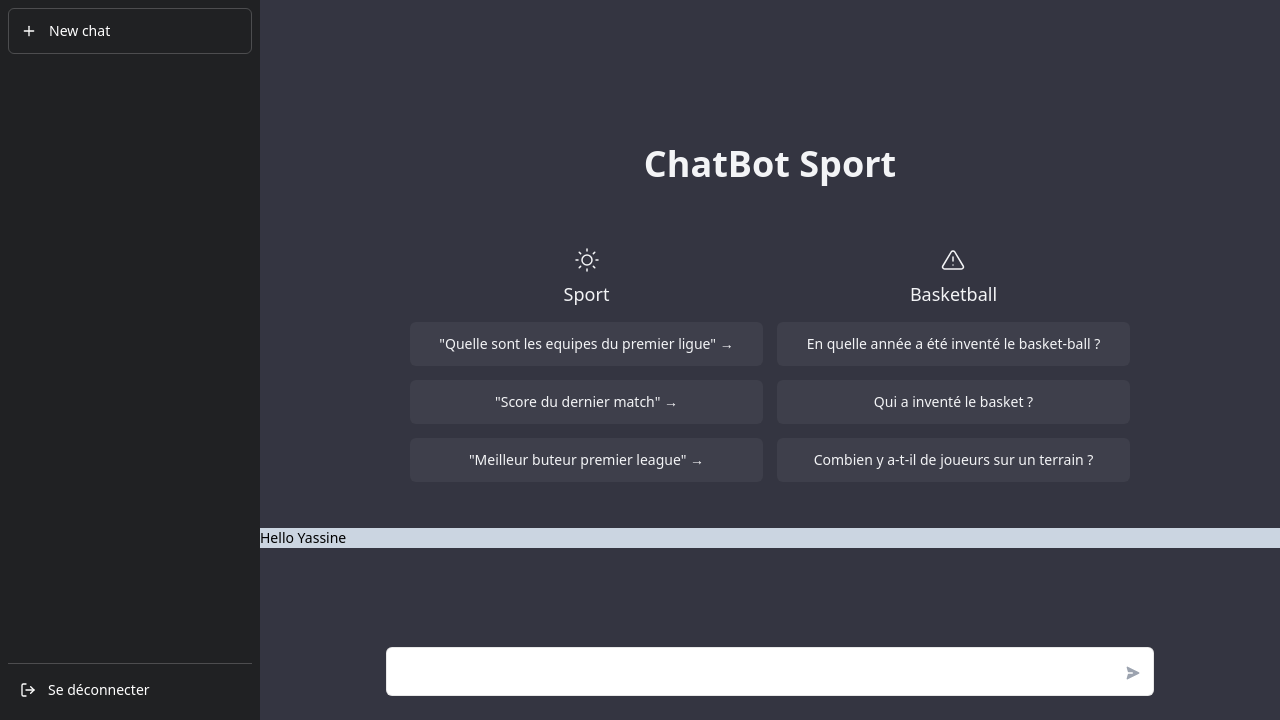
Repository: HaithemBenSlama/chatbot-front
Page: /, after clicking the first element matching `button.sc-gsFSXq`
An editor plug-in stored every save of this project. The page is shown before and after the next save, followed by the edit.
The browser window is 1280 px wide. The pictures show the whole page.
The project was rebuilt for these pictures with package versions that can differ from the ones it lists, and the page was loaded fresh each time. Also part of the build but not shown: src/constants/svg/lightningChargeIcon.js, src/constants/svg/externalLinkIcon.js, src/constants/svg/discordIcon.js, src/constants/svg/menuIcon.js, src/Components/Login/form-input.css.

Above is the page before, as saved 2023-05-01 22:03:19.

### src/App.js
import React from 'react'
import { LeftSection, RightSection } from './Components/main'
import { useState } from "react"
import Login from './Components/Login/Login';

const App = () => {
  const [isLoggedIn, setIsLoggedIn] = useState(false);
  return (
    <div>
      {isLoggedIn ? (
        <>
        <LeftSection setIsLoggedIn={setIsLoggedIn}/>
        <RightSection/>
        </>
      ) : (
        <Login setIsLoggedIn={setIsLoggedIn}/>
      )}
    </div>
  )
      }
export default App

### src/Components/main/index.js
import LeftSection from "./LeftSection";
import RightSection from "./RightSection";
import Footer from "./Footer";

export {RightSection, LeftSection, Footer}

### src/Components/Login/Login.jsx
import React from "react";
import "./login.css";
import * as Components from './Components';
import   { useState } from 'react';
import { useCookies } from "react-cookie";
import FormInput from "./FormInput";

const Login = ({setIsLoggedIn}) => {
    const [token,setToken]=useCookies(["user-token"]);
    const [signIn, toggle] = React.useState(true);
    const [data, setData] = useState();

    const [values, setValues] = useState({
        username: "",
        password: "",
    });
    const onChange = (e) => {
            setValues({ ...values, [e.target.name]: e.target.value });
    };

    const [valuesCreate, setValuesCreate] = useState({
        username: "",
        city: "",
        email: "",
        password: "",
    });
    const onChangeCreate = (e) => {
        setValuesCreate({ ...valuesCreate, [e.target.name]: e.target.value });
    };
    const handleSubmit = (e) => {
        e.preventDefault();
    };

    const inputs = [
        {
        id: 1,
        name: "username",
        type: "text",
        placeholder: "Username",
        errorMessage:
            "Username should be 3-16 characters and shouldn't include any special character!",
        label: "Username",
        pattern: "^[A-Za-z0-9]{3,16}$",
        required: true,
        },
        {
        id: 2,
        name: "password",
        type: "password",
        placeholder: "Password",
        errorMessage:
            "Password should be 8-20 characters and include at least 1 letter and 1 number!",
        label: "Password",
        pattern: `^(?=.*[0-9])(?=.*[a-zA-Z])[a-zA-Z0-9!@#$%^&*]{8,20}$`,
        required: true,
        },
    ];

    const inputsCreate = [
        {
        id: 1,
        name: "username",
        type: "text",
        placeholder: "Username",
        errorMessage:
            "Username should be 3-16 characters and shouldn't include any special character!",
        label: "Username",
        pattern: "^[A-Za-z0-9]{3,16}$",
        required: true,
        },
        {
            id: 2,
            name: "city",
            type: "text",
            placeholder: "City",
            errorMessage:
                "City name should be 3-16 characters and shouldn't include any special character!",
            label: "City",
            pattern: "^[A-Za-z]{3,16}$",
            required: true,
            },
        {
        id: 3,
        name: "email",
        type: "email",
        placeholder: "Email",
        errorMessage: "It should be a valid email address!",
        label: "Email",
        required: true,
        },
        {
        id: 4,
        name: "password",
        type: "password",
        placeholder: "Password",
        errorMessage:
            "Password should be 8-20 characters and include at least 1 letter and 1 number!",
        label: "Password",
        pattern: `^(?=.*[0-9])(?=.*[a-zA-Z])[a-zA-Z0-9!@#$%^&*]{8,20}$`,
        required: true,
        },
    ];

    const submitLog = async (e) => {
        e.preventDefault()
        const user = {
            username: values.username,
            password: values.password
        };
        const response=await fetch('http://127.0.0.1:8000/user/verif_user_login/', {
            method: 'POST',
            headers: {
                'accept': '*/*',
                'Content-Type':'multipart/form-data; boundary=--------------------------499310528544182401120976',
            },
            body:JSON.stringify(user)
        })
        const responseJson=await response.json();
        setToken("user-token",responseJson.usertoken);
    };

    const submitCreate = async (e) => {

        e.preventDefault()
        const user = {
            username: valuesCreate.username,
            city: valuesCreate.city,
            email: valuesCreate.email,
            password: valuesCreate.password
        };
        const response=await fetch('http://127.0.0.1:8000/user/verif_user/', {
            method: 'POST',
            headers: {
                'accept': '*/*',
                'Content-Type':'multipart/form-data; boundary=--------------------------499310528544182401120976',
            },
            body:JSON.stringify(user)
        })
        const responseJson=await response.json();
        setToken("user-token",responseJson.usertoken);
    };


        return(
            <div className="comp_body"><h1 className="logTitle">ChatBot</h1>
                <Components.Container>
                    <Components.SignUpContainer signinIn={signIn}>
                        <Components.Form  onSubmit={handleSubmit} >
                            <Components.Title>Create Account</Components.Title>
                            {inputsCreate.map((input) => (
                                <FormInput
                                    key={input.id}
                                    {...input}
                                    value={valuesCreate[input.name]}
                                    onChange={onChangeCreate}
                                />
                                ))}
                            <Components.Button onClick={submitCreate}>Sign Up</Components.Button>
                        </Components.Form>
                    </Components.SignUpContainer>

                    <Components.SignInContainer signinIn={signIn}>
                        <Components.Form >
                            <Components.Title>Log in</Components.Title>
                            {inputs.map((input) => (
                                <FormInput
                                    key={input.id}
                                    {...input}
                                    value={values[input.name]}
                                    onChange={onChange}
                                />
                                ))}
                            <Components.Anchor href='#'>Forgot your password?</Components.Anchor>
                            <Components.Button onClick={()=>{setIsLoggedIn(true)}} >Sign In</Components.Button>
                        </Components.Form>
                    </Components.SignInContainer>

                    <Components.OverlayContainer signinIn={signIn}>
                    <Components.Overlay signinIn={signIn}>

                    <Components.LeftOverlayPanel signinIn={signIn}>
                        <Components.Title>Welcome Back!</Components.Title>
                        <Components.Paragraph>
                            To keep connected with us please login with your personal info
                        </Components.Paragraph>
                        <Components.GhostButton onClick={() => toggle(true)}>
                            Sign In
                        </Components.GhostButton>
                        </Components.LeftOverlayPanel>

                        <Components.RightOverlayPanel signinIn={signIn}>
                            <Components.Title>Hello, Friend!</Components.Title>
                            <Components.Paragraph>
                                Enter Your personal details and start journey with us
                            </Components.Paragraph>
                                <Components.GhostButton onClick={() => toggle(false)}>
                                    Sigin Up
                                </Components.GhostButton>
                        </Components.RightOverlayPanel>

                    </Components.Overlay>
                </Components.OverlayContainer>

            </Components.Container>
        </div>
        )
}

export default Login;

### src/Components/main/LeftSection/index.js
import React from "react";
import { LogOutIcon,PlusIcon,} from "../../../constants";

const LeftSection = ({ show = false }) => {
  return (
    <div
      className={`${show && " flex flex-col"} ${
        !show && "hidden"
      } bg-black md:fixed md:inset-y-0 md:flex md:w-[260px] md:flex-col`}
    >
      <div className="flex h-full min-h-0 flex-col ">
        <div className="scrollbar-trigger flex h-full w-full flex-1 items-start border-white/20">
          <nav className="flex h-full flex-1 flex-col space-y-1 p-2">
            <a className="flex py-3 px-3 items-center gap-3 rounded-md hover:bg-gray-500/10 transition-colors duration-200 text-white cursor-pointer text-sm mb-2 flex-shrink-0 border border-white/20">
              <PlusIcon />
              New chat
            </a>
            <div className="flex-col flex-1 overflow-y-auto border-b border-white/20">
              <div className="flex flex-col gap-2 text-gray-100 text-sm">
                {/*  */}
              </div>
            </div>
              <a
                className="flex py-3 px-3 items-center gap-3 rounded-md hover:bg-gray-500/10 transition-colors duration-200 text-white cursor-pointer text-sm"
                href="/Login"
              >
                <LogOutIcon/>
                Se déconnecter
              </a>
          </nav>
        </div>
      </div>
    </div>
  );
};

export default LeftSection;

### src/Components/main/RightSection/index.js
import { CautionIcon, LightningChargeIcon, SunIcon } from "../../../constants";
import Footer from "../Footer";

const RightSection = () => {
  return (
    <div className="flex h-full flex-1 flex-col md:pl-[260px]">
      <main className="relative h-full w-full transition-width flex flex-col overflow-hidden items-stretch flex-1">
        <div className="flex-1 overflow-hidden">
          <div className="flex flex-col items-center text-sm h-full md:h-screen bg-lightBlack">
            <div className="text-gray-800 w-full md:max-w-2xl lg:max-w-3xl md:h-full md:flex md:flex-col px-6">
              <h1 className="text-4xl text-gray-100 font-semibold text-center mt-6 sm:mt-[20vh] ml-auto mr-auto mb-10 sm:mb-16">
                ChatBot Sport
              </h1>
              <div className="md:flex items-start text-center gap-3.5">
                {[
                  {
                    icon: <SunIcon />,
                    title: "Sport",
                    subTitle: [
                      `"Quelle sont les equipes du premier ligue" →`,
                      `"Score du dernier match" →`,
                      `"Meilleur buteur premier league" →`,
                    ],
                    hover: true,
                  },
                  {
                    icon: <CautionIcon />,
                    title: "Basketball",
                    subTitle: [
                      `En quelle année a été inventé le basket-ball ?`,
                      `Qui a inventé le basket ?`,
                      `Combien y a-t-il de joueurs sur un terrain ?`,
                    ],
                    hover: false,
                  },
                ].map((item, index) => (
                  <div
                    className="flex flex-col mb-8 md:mb-auto gap-3.5 flex-1"
                    key={index}
                  >
                    <h2 className="flex gap-3 text-gray-100 items-center m-auto text-lg font-normal md:flex-col md:gap-2">
                      {item.icon}
                      {item.title}
                    </h2>
                    <ul className="flex flex-col gap-3.5 w-full sm:max-w-md m-auto">
                      {item.subTitle.map((subTitle, subTitleIndex) => (
                        <button
                          className={`w-full bg-gray-50 text-gray-100 bg-white/5 p-3 rounded-md ${
                            item.hover
                              ? "hover:bg-gray-200 dark:hover:bg-gray-900 cursor-pointer"
                              : "cursor-text"
                          }`}
                          key={subTitleIndex}
                        >
                          {subTitle}
                        </button>
                      ))}
                    </ul>
                  </div>
                ))}
              </div>
            </div>
            <div className="mx-20 w-full h-48 flex-shrink-0">
              <p className="bg-slate-300">Hello Yassine</p>
            </div>
          </div>
        </div>
        <Footer />
      </main>
    </div>
  );
};

export default RightSection;

### src/Components/main/Footer/index.js
import React from "react";
import { PlaneIcon, UserIcon } from "../../../constants";

const Footer = () => {
  return (
    <div className="absolute bottom-0 left-0 w-full border-t md:border-t-0 dark:border-white/20 md:border-transparent md:dark:border-transparent md:bg-vert-light-gradient bg-gray-800 md:!bg-transparent">
      <form className="mx-2 flex flex-row gap-3 pt-2 last:mb-2 md:last:mb-6 lg:mx-auto lg:max-w-3xl lg:pt-6">
        <div className="relative flex h-full flex-1 md:flex-col">
          <div className="ml-1 mt-1.5 md:w-full md:m-auto md:flex md:mb-2 gap-2 justify-center">
            <div className="text-gray-100 p-1 md:hidden">
              <UserIcon />
            </div>
          </div>
          {/* Input */}
          <div className="flex flex-col w-full py-2 pl-3 flex-grow md:py-3 md:pl-4 relative border border-black/10 bg-white dark:border-gray-900/50 dark:text-white rounded-md bg-[rgba(64,65,79,var(--tw-bg-opacity))]">
            <textarea
              tabIndex="0"
              data-id="root"
              rows="1"
              className="m-0 w-full resize-none border-0 bg-transparent p-0 pr-7 focus:ring-0 focus-visible:ring-0 dark:bg-transparent outline-none overflow-y-hidden h-[23px]"
            ></textarea>
            <button className="absolute p-1 rounded-md text-gray-400 bottom-1.5 right-1 md:bottom-2.5 md:right-2 hover:bg-black">
              <PlaneIcon />
            </button>
          </div>
        </div>
      </form>
    </div>
  );
};

export default Footer;

### src/Components/Login/login.css
* {
    box-sizing: border-box;
}

.comp_body {
    background: #f6f5f7;
    display: flex;
    justify-content: center;
    align-items: center;
    flex-direction: column;
    font-family: "Montserrat", sans-serif;
    height: 100vh;
    margin: -20px 0 50px;
}
.logTitle {
    font-size: 3rem;
    font-weight: 600;
    text-align: center;
    margin-bottom: 2rem;
    color: #038c7a;
    text-shadow: 2px 2px 0px #f2f2f2, -2px -2px 0px #f2f2f2, 2px -2px 0px #f2f2f2, -2px 2px 0px #f2f2f2;
    text-transform: uppercase;
    letter-spacing: 3px;
    line-height: 1;
    position: relative;
}
.logTitle:before{
    content: "";
    width: 100%;
    height: 1px;
    position: absolute;
    bottom: -0.5rem;
    left: 0;
    background-color: #5c5c5c;
}

### src/Components/Login/Components.js
import styled from 'styled-components';

export const Container = styled.div`
background-color: #fff;
border-radius: 10px;
box-shadow: 0 14px 28px rgba(0, 0, 0, 0.25), 0 10px 10px rgba(0, 0, 0, 0.22);
position: relative;
overflow: hidden;
width: 678px;
max-width: 100%;
min-height: 450px;
`;

export const SignUpContainer = styled.div`
position: absolute;
top: 0;
height: 100%;
transition: all 0.6s ease-in-out;
left: 0;
width: 50%;
opacity: 0;
z-index: 1;
${props => props.signinIn !== true ? `
    transform: translateX(100%);
    opacity: 1;
    z-index: 5;
`
: null}
`;


export const SignInContainer = styled.div`
position: absolute;
top: 0;
height: 100%;
transition: all 0.6s ease-in-out;
left: 0;
width: 50%;
z-index: 2;
${props => (props.signinIn !== true ? `transform: translateX(100%);` : null)}
`;

export const Form = styled.div`
background-color: #ffffff;
display: flex;
align-items: center;
justify-content: center;
flex-direction: column;
padding: 0 50px;
height: 100%;
text-align: center;
`;

export const Title = styled.h1`
font-weight: bold;
margin-bottom: 15px;
`;

export const Input = styled.input`
background-color: #eee;
border: none;
padding: 12px 15px;
margin: 8px 0;
width: 100%;
`;


export const Button = styled.button`
    border-radius: 20px;
    border: 1px solid #1775d2;
    background-color: #1775d2;
    color: #ffffff;
    font-size: 12px;
    font-weight: bold;
    padding: 12px 45px;
    letter-spacing: 1px;
    text-transform: uppercase;
    transition: transform 80ms ease-in;
    &:active{
        transform: scale(0.95);
    }
    &:focus {
        outline: none;
    }
`;
export const GhostButton = styled(Button)`
background-color: transparent;
border-color: #ffffff;
`;

export const Anchor = styled.a`
color: #333;
font-size: 14px;
text-decoration: none;
margin: 15px 0;
`;
export const OverlayContainer = styled.div`
position: absolute;
top: 0;
left: 50%;
width: 50%;
height: 100%;
overflow: hidden;
transition: transform 0.6s ease-in-out;
z-index: 100;
${props =>
props.signinIn !== true ? `transform: translateX(-100%);` : null}
`;

export const Overlay = styled.div`
background: #1775d2;
background: -webkit-linear-gradient(to right, #1775d2, #25b579);
background: linear-gradient(to right, #1775d2,#1775d2);
background-repeat: no-repeat;
background-size: cover;
background-position: 0 0;
color: #ffffff;
position: relative;
left: -100%;
height: 100%;
width: 200%;
transform: translateX(0);
transition: transform 0.6s ease-in-out;
${props => (props.signinIn !== true ? `transform: translateX(50%);` : null)}
`;

export const OverlayPanel = styled.div`
    position: absolute;
    display: flex;
    align-items: center;
    justify-content: center;
    flex-direction: column;
    padding: 0 40px;
    text-align: center;
    top: 0;
    height: 100%;
    width: 50%;
    transform: translateX(0);
    transition: transform 0.6s ease-in-out;
`;

export const LeftOverlayPanel = styled(OverlayPanel)`
transform: translateX(-20%);
${props => props.signinIn !== true ? `transform: translateX(0);` : null}
`;

export const RightOverlayPanel = styled(OverlayPanel)`
    right: 0;
    transform: translateX(0);
    ${props => props.signinIn !== true ? `transform: translateX(20%);` : null}
`;

export const Paragraph = styled.p`
font-size: 14px;
font-weight: 100;
line-height: 20px;
letter-spacing: 0.5px;
margin: 20px 0 30px
`;

### src/Components/Login/FormInput.jsx
import { useState } from "react";
import "./form-input.css";

const FormInput = (props) => {
const [focused, setFocused] = useState(false);
const { label, errorMessage, onChange, id, ...inputProps } = props;

const handleFocus = (e) => {
    setFocused(true);
};

return (
    <div className="formInput">
    <input className="inputAuth"
        {...inputProps}
        onChange={onChange}
        onBlur={handleFocus}
        onFocus={() =>
        inputProps.name === "confirmPassword" && setFocused(true)
        }
        focused={focused.toString()}
    />
    <span className="spanAuth">{errorMessage}</span>
    </div>
);
};

export default FormInput;

### src/constants/index.js
import SunIcon from "./svg/sunIcon";
import LightningChargeIcon from "./svg/lightningChargeIcon";
import CautionIcon from "./svg/cautionIcon";
import PlaneIcon from "./svg/planeIcon";
import PlusIcon from "./svg/plusIcon";
import ExternalLinkIcon from "./svg/externalLinkIcon";
import DiscordIcon from "./svg/discordIcon";
import LogOutIcon from "./svg/logOutIcon";
import MenuIcon from "./svg/menuIcon";
import UserIcon from "./svg/userIcon";

export {
  SunIcon,
  LightningChargeIcon,
  CautionIcon,
  PlaneIcon,
  PlusIcon,
  DiscordIcon,
  ExternalLinkIcon,
  LogOutIcon,
  MenuIcon,
  UserIcon,
};

### src/constants/svg/sunIcon.js
import React from "react";

const SunIcon = ({ className = "h-6 w-6", strokeWidth = "1.5" }) => {
  return (
    <svg
      stroke="currentColor"
      fill="none"
      strokeWidth={strokeWidth}
      viewBox="0 0 24 24"
      strokeLinecap="round"
      strokeLinejoin="round"
      className={className}
      height="1em"
      width="1em"
      xmlns="http://www.w3.org/2000/svg"
    >
      <circle cx="12" cy="12" r="5"></circle>
      <line x1="12" y1="1" x2="12" y2="3"></line>
      <line x1="12" y1="21" x2="12" y2="23"></line>
      <line x1="4.22" y1="4.22" x2="5.64" y2="5.64"></line>
      <line x1="18.36" y1="18.36" x2="19.78" y2="19.78"></line>
      <line x1="1" y1="12" x2="3" y2="12"></line>
      <line x1="21" y1="12" x2="23" y2="12"></line>
      <line x1="4.22" y1="19.78" x2="5.64" y2="18.36"></line>
      <line x1="18.36" y1="5.64" x2="19.78" y2="4.22"></line>
    </svg>
  );
};

export default SunIcon;

### src/constants/svg/cautionIcon.js
import React from "react";

const CautionIcon = () => {
  return (
    <svg
      stroke="currentColor"
      fill="none"
      strokeWidth="1.5"
      viewBox="0 0 24 24"
      strokeLinecap="round"
      strokeLinejoin="round"
      className="h-6 w-6"
      height="1em"
      width="1em"
      xmlns="http://www.w3.org/2000/svg"
    >
      <path d="M10.29 3.86L1.82 18a2 2 0 0 0 1.71 3h16.94a2 2 0 0 0 1.71-3L13.71 3.86a2 2 0 0 0-3.42 0z"></path>
      <line x1="12" y1="9" x2="12" y2="13"></line>
      <line x1="12" y1="17" x2="12.01" y2="17"></line>
    </svg>
  );
};

export default CautionIcon;

### src/constants/svg/planeIcon.js
import React from "react";

const PlaneIcon = () => {
  return (
    <svg
      stroke="currentColor"
      fill="currentColor"
      strokeWidth="0"
      viewBox="0 0 20 20"
      className="h-4 w-4 rotate-90"
      height="1em"
      width="1em"
      xmlns="http://www.w3.org/2000/svg"
    >
      <path d="M10.894 2.553a1 1 0 00-1.788 0l-7 14a1 1 0 001.169 1.409l5-1.429A1 1 0 009 15.571V11a1 1 0 112 0v4.571a1 1 0 00.725.962l5 1.428a1 1 0 001.17-1.408l-7-14z"></path>
    </svg>
  );
};

export default PlaneIcon;

### src/constants/svg/plusIcon.js
import React from "react";

const PlusIcon = ({ className = "h-4 w-4" }) => {
  return (
    <svg
      stroke="currentColor"
      fill="none"
      strokeWidth="2"
      viewBox="0 0 24 24"
      strokeLinecap="round"
      strokeLinejoin="round"
      className={className}
      height="1em"
      width="1em"
      xmlns="http://www.w3.org/2000/svg"
    >
      <line x1="12" y1="5" x2="12" y2="19"></line>
      <line x1="5" y1="12" x2="19" y2="12"></line>
    </svg>
  );
};

export default PlusIcon;

### src/constants/svg/logOutIcon.js
import React from "react";

const LogOutIcon = () => {
  return (
    <svg
      stroke="currentColor"
      fill="none"
      strokeWidth="2"
      viewBox="0 0 24 24"
      strokeLinecap="round"
      strokeLinejoin="round"
      className="h-4 w-4"
      height="1em"
      width="1em"
      xmlns="http://www.w3.org/2000/svg"
    >
      <path d="M9 21H5a2 2 0 0 1-2-2V5a2 2 0 0 1 2-2h4"></path>
      <polyline points="16 17 21 12 16 7"></polyline>
      <line x1="21" y1="12" x2="9" y2="12"></line>
    </svg>
  );
};

export default LogOutIcon;

### src/constants/svg/userIcon.js
import React from "react";

const UserIcon = () => {
  return (
    <svg
      xmlns="http://www.w3.org/2000/svg"
      fill="none"
      viewBox="0 0 24 24"
      strokeWidth={1.5}
      stroke="currentColor"
      className="w-6 h-6"
    >
      <path
        strokeLinecap="round"
        strokeLinejoin="round"
        d="M15.75 6a3.75 3.75 0 11-7.5 0 3.75 3.75 0 017.5 0zM4.501 20.118a7.5 7.5 0 0114.998 0A17.933 17.933 0 0112 21.75c-2.676 0-5.216-.584-7.499-1.632z"
      />
    </svg>
  );
};

export default UserIcon;

### tailwind.config.js
/** @type {import('tailwindcss').Config} */
module.exports = {
  content: ["./src/**/*.{js,jsx,ts,tsx}"],
  theme: {
    extend: {
      colors: {
        black: "#202123",
        lightBlack: "#343541",
      },
    },
  },
  plugins: [],
};

Loaded but not shown: public/index.html (common file); src/index.js (common file); src/index.css (common file)

After the next save:
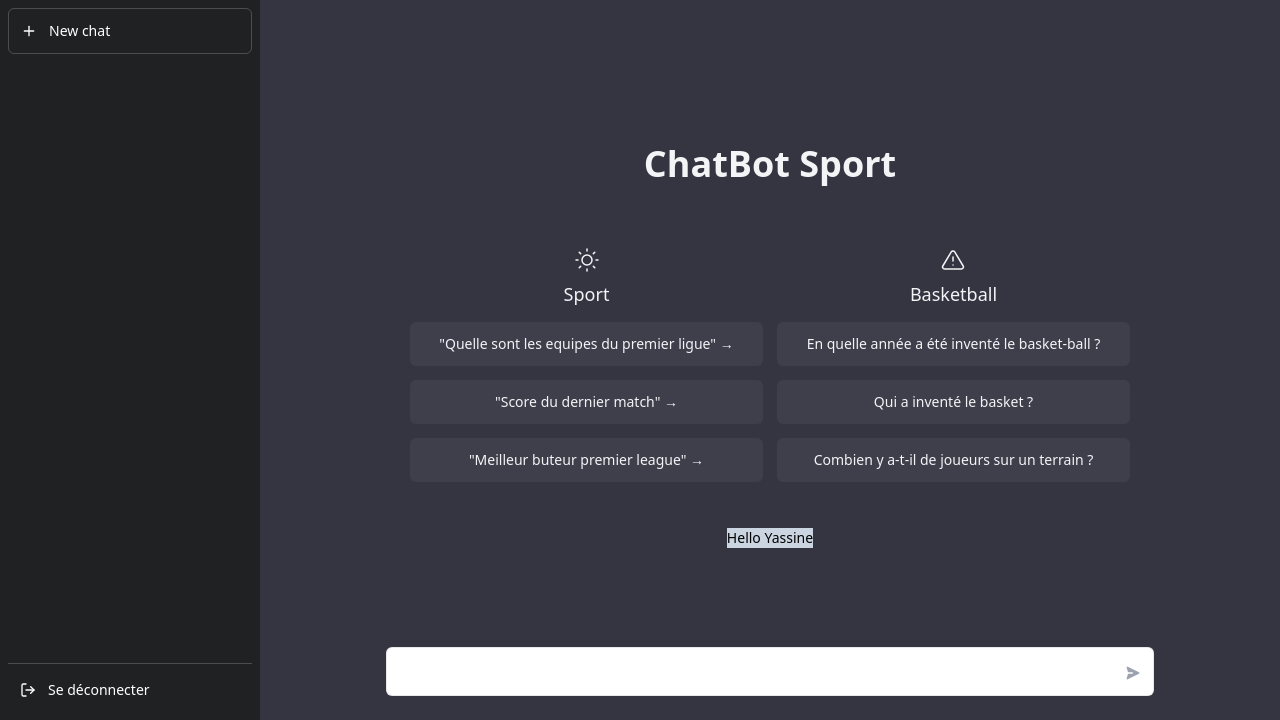
Saved 7 s later.
--- a/src/Components/main/RightSection/index.js
+++ b/src/Components/main/RightSection/index.js
@@ -60,7 +60,7 @@ const RightSection = () => {
                 ))}
               </div>
             </div>
-            <div className="mx-20 w-full h-48 flex-shrink-0">
+            <div className="mx-20 w-fit h-48 flex-shrink-0">
               <p className="bg-slate-300">Hello Yassine</p>
             </div>
           </div>
